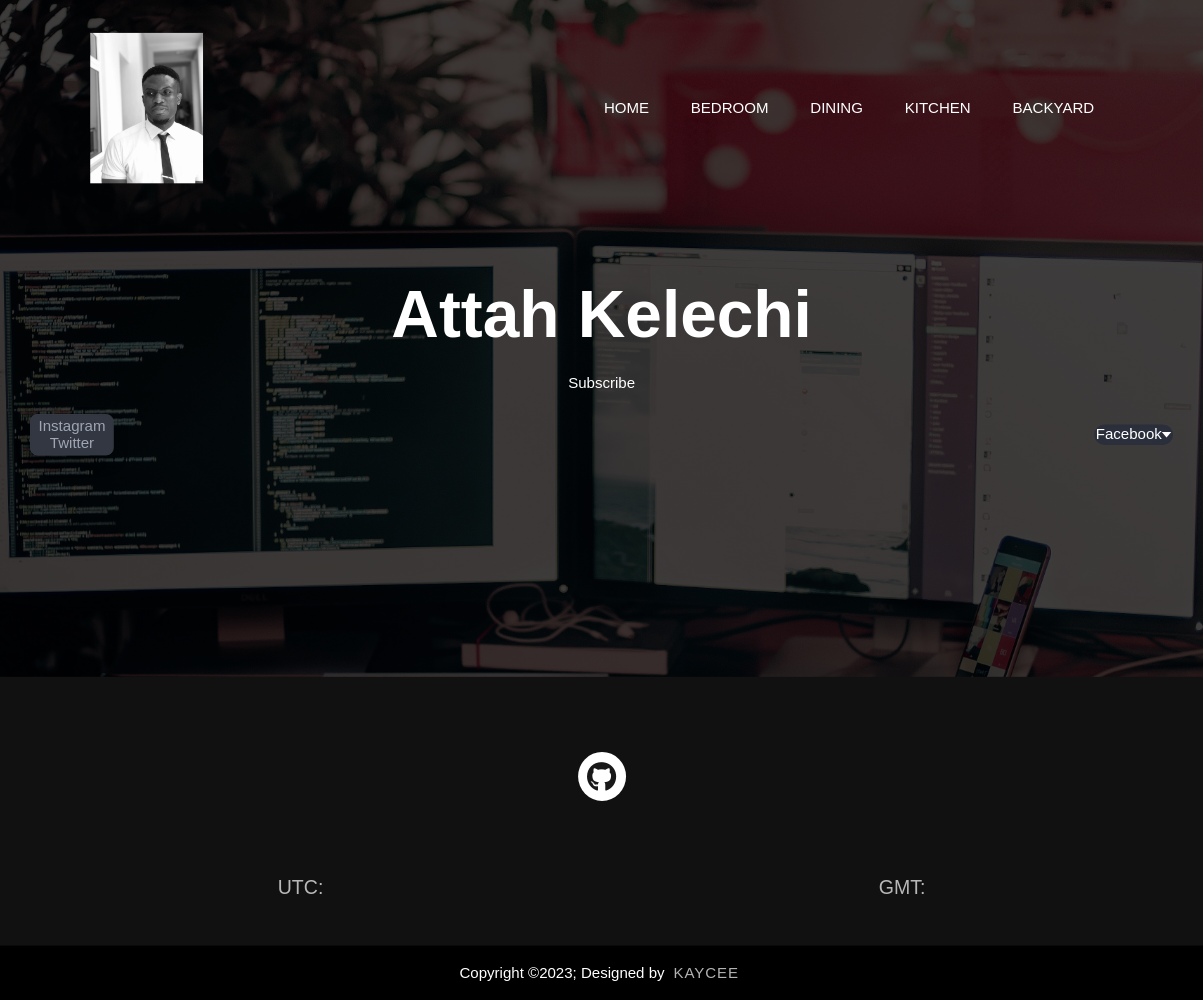
Repository: Kaycee-attah/HNG-Internship_2023
Page: index.html
These files come from the project's save history. The page is drawn as it stood at one moment and after the next save; the edit follows.
The browser window is 1280 px wide. The pictures show the whole page, at 94% of full size.

Above is the page before, as saved 2023-09-07 04:18:25.

After the next save:
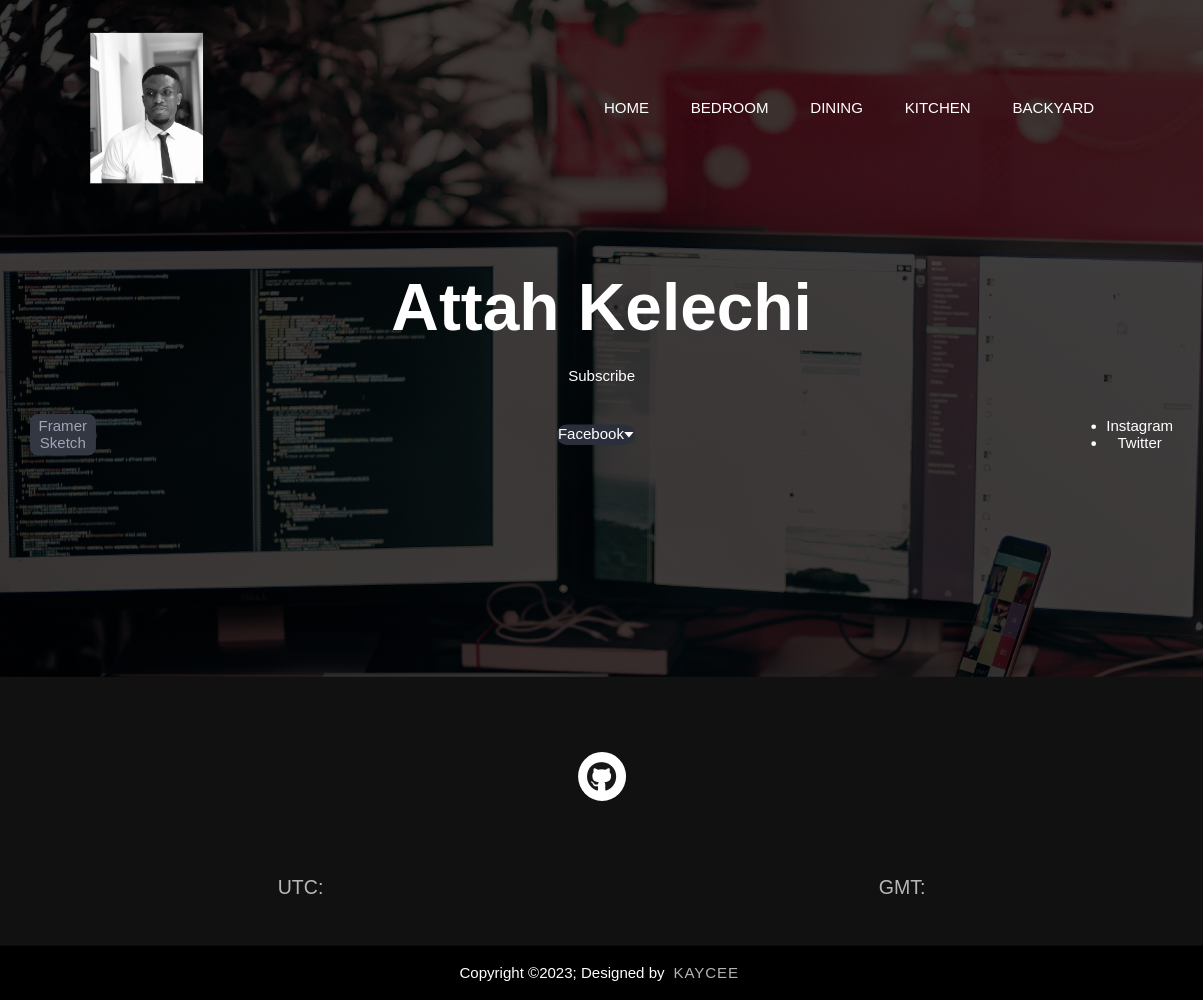
Saved 35 s later.
--- a/index.html
+++ b/index.html
@@ -36,7 +36,7 @@
                 <span class="selected">Facebook</span>
                 <div class="caret"></div>
             </div>
-            <ul class="menu_2">
+            <ul class="menu">
                 <li>Instagram </li>
                 <li>Twitter </li>
             </ul>
